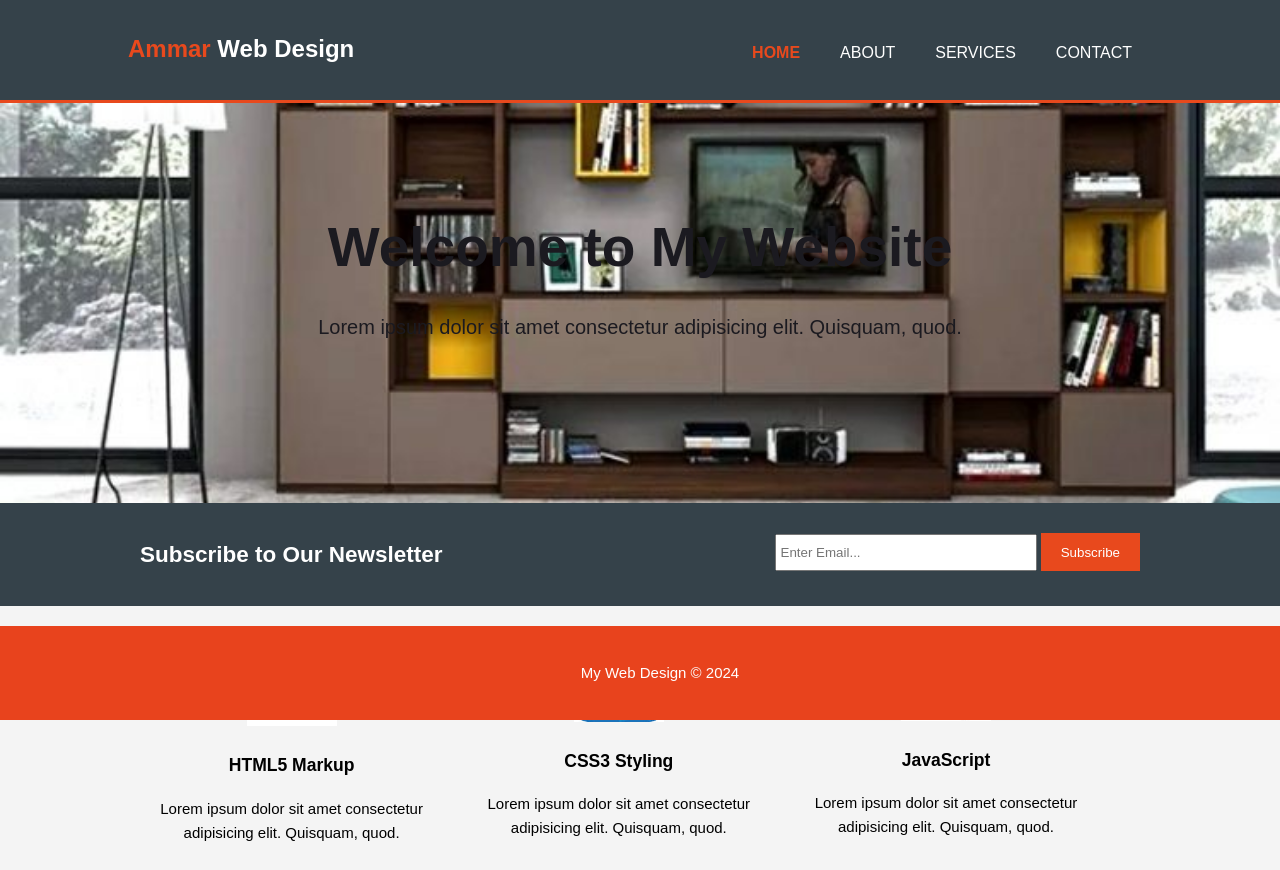
Repository: aobeid1979/html-website
Page: index.html
These files come from the project's save history. The page is drawn as it stood at one moment and after the next save; the edit follows.
The browser window is 1280 px wide. The pictures show the whole page.

Above is the page before, as saved 2024-05-03 11:52:46.

### index.html
<!DOCTYPE html>
<html lang="en">
<head>
    <meta charset="UTF-8">
    <meta name="viewport" content="width=device-width, initial-scale=1.0">
    <meta name="description" content="Responsive Website using HTML CSS and JavaScript">
    <meta name="keywords" content="HTML, CSS, JavaScript">
    <meta name="author" content="Ammar Obeid">
    <title>Resopnsiv Website</title>
    <link rel="stylesheet" href="./css/style.css">
</head>
<body>
    <header>
        <div class="container">
            <div id="brandinig">
                <h1><span class="highlight">Ammar</span> Web Design</h1>

            </div>
            <nav>
                <ul>
                    <li class="current"><a href="index.html">Home</a></li>
                    <li><a href="about.html">About</a></li>
                    <li><a href="services.html">Services</a></li>
                    <li><a href="contact.html">Contact</a></li>
                </ul>
        </div>

    </header>

    <section id="showcase">
        <div class="container">
            <h1>Welcome to My Website</h1>
            <p>Lorem ipsum dolor sit amet consectetur adipisicing elit. Quisquam, quod.</p>
        </div>
    </section>

    <section id="newsletter">
        <div class="container">
            <h1>Subscribe to Our Newsletter</h1>
            <form>
                <input type="email" placeholder="Enter Email...">
                <button type="submit" class="button_1">Subscribe</button>
            </form>
        </div>
    </section>

    <section id="boxes">
        <div class="container">
            <div class="box">
                <img src="./img/HTML.png" alt="HTML">
                <h3>HTML5 Markup</h3>
                <p>Lorem ipsum dolor sit amet consectetur adipisicing elit. Quisquam, quod.</p>
            </div>
            <div class="box">
                <img src="./img/CSS.png" alt="CSS">
                <h3>CSS3 Styling</h3>
                <p>Lorem ipsum dolor sit amet consectetur adipisicing elit. Quisquam, quod.</p>
            </div>
            <div class="box">
                <img src="./img/JS.png" alt="JavaScript">
                <h3>JavaScript</h3>
                <p>Lorem ipsum dolor sit amet consectetur adipisicing elit. Quisquam, quod.</p>
            </div>
        </div>
    </section>

    <footer>
        <p>My Web Design &copy; 2024</p>
    </footer>

</body>
</html>

### css/style.css
body{
    font: 15px/1.6 Arial, Helvetica,sans-serif;
    padding: 0;
    margin: 0;
    background-color: #f4f4f4;
}

.container{
    width: 80%;
    margin: auto;
    overflow: hidden;
}

header{
    background: #35424a;
    color: #ffffff;
    padding-top: 30px;
    min-height: 70px;
    border-bottom: #e8491d 3px solid;
}

header h1{
    margin: 0;
    padding: 0;
    font-size: 24px;
    font-weight: bold;
}

header a{
    color: #ffffff;
    text-decoration: none;
    text-transform: uppercase;
    font-size: 16px;
}

header ul{
    margin: 0;
    padding: 0;
}

header li{
    float: left;
    display: inline;
    padding: 0 20px 0 20px;
}

header #brandinig{
    float: left;
}

header #brandinig h1{
    margin: 0;
}

header nav{
    float: right;
    margin-top: 10px;
}

header .highlight, header .current a {
    color: #e8491d;
    font-weight: bold;
}

header a:hover{
    color: #cccccc;
    font-weight: bold;
}

#showcase{
    background:url('../img/showcase.jpg') no-repeat center center;
    background-position: center -400;
    background-size: cover;
    min-height: 400px;
    text-align: center;
    color: #1b1a20;
}

#showcase h1{
    margin-top: 100px;
    font-size: 55px;
    margin-bottom: 10px;
}

#showcase p{
    font-size: 20px;
}

#newsletter{
    padding: 15px;
    color: #ffffff;
    background: #35424a;
    text-align: center;
}

#newsletter h1{
    float: left;
}

#newsletter form{
    float: right;
    margin-top: 15px;
}

#newsletter input[type="email"]{
    padding: 4px;
    height: 25px;
    width: 250px;
}

#newsletter button{
    height: 38px;
    background: #e8491d;
    color: #ffffff;
    border: none;
    padding: 0 20px 0 20px;
}

#newsletter button:hover{
    background: #cccccc;
    color: #1b1a20;
}

#boxes{
    margin-top: 20px;
}

#boxes .box{
    float: left;
    text-align: center;
    width: 30%;
    padding: 10px;
}


#boxes .box img{
    width: 90px;
}

footer{
    background-color: #e8431d;
    color: #ffffff;
    text-align: center;
    padding: 20px;
    position: fixed;
    left: 0;
    bottom: 0;
    width: 100%;
    margin-top: 20px;
}

After the next save:
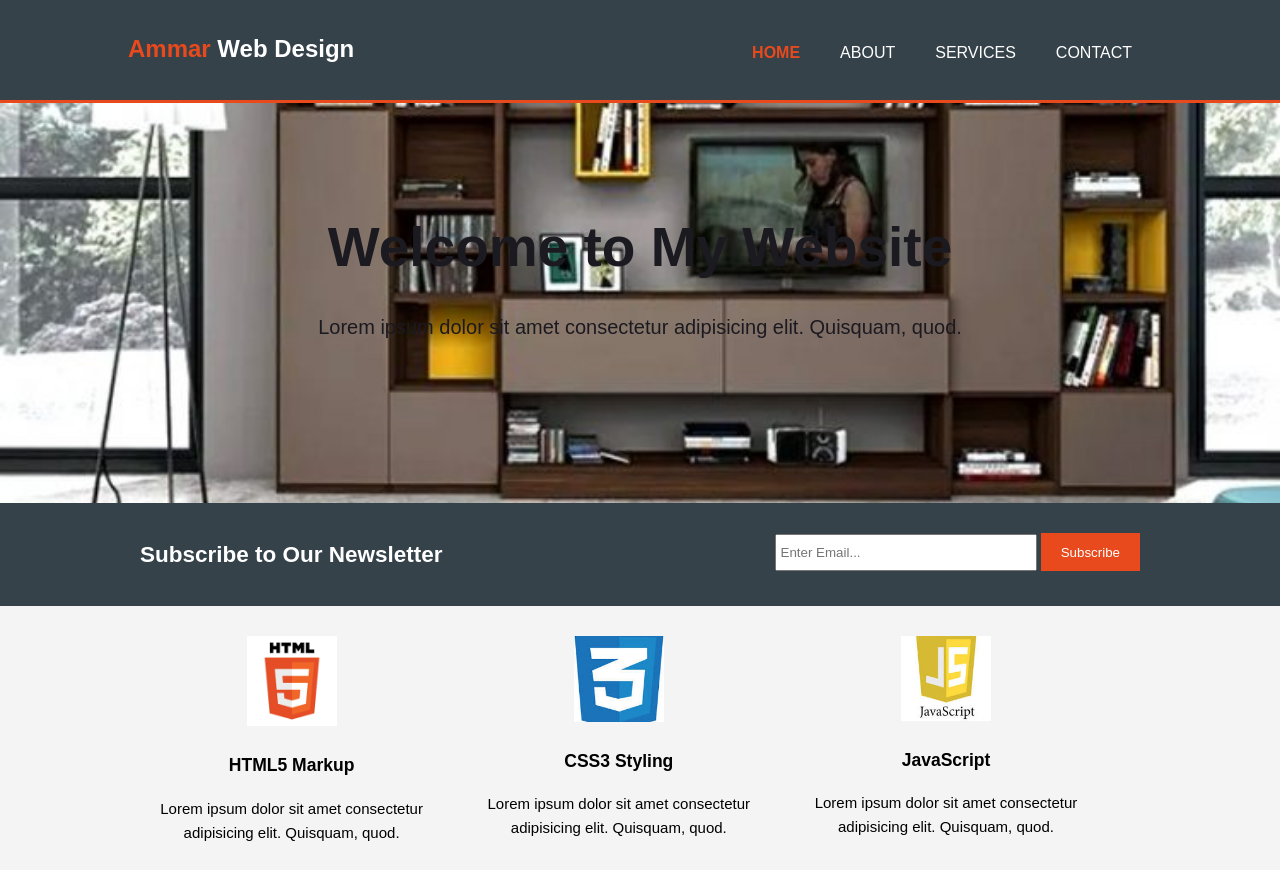
Saved 25 s later.
--- a/css/style.css
+++ b/css/style.css
@@ -143,8 +143,6 @@
     text-align: center;
     padding: 20px;
     position: fixed;
-    left: 0;
-    bottom: 0;
-    width: 100%;
+
     margin-top: 20px;
 }
